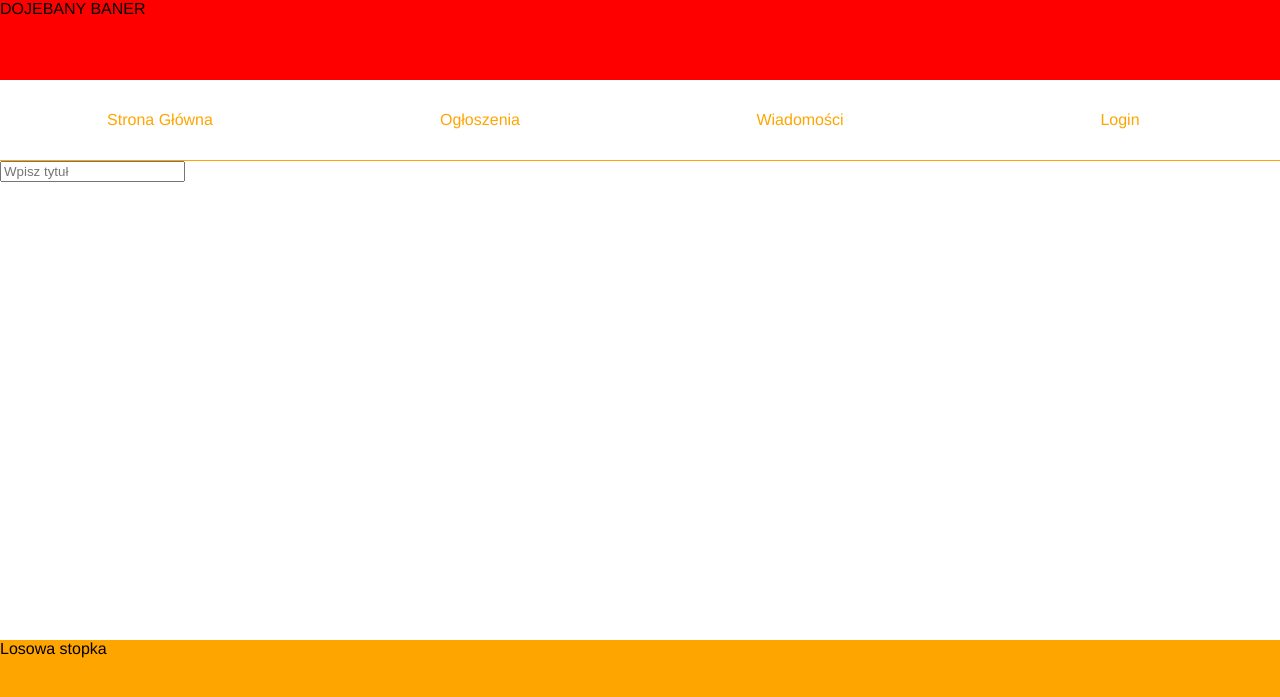
Repository: PatrykStawik/projectppz
Page: /ogloszenia/dodaj-ogloszenie
These files come from the project's save history. The page is drawn as it stood at one moment and after a run of saves; the edit follows.
The browser window is 1280 px wide. The pictures show the whole page.
The project was rebuilt for these pictures with package versions that can differ from the ones it lists, and the page was loaded fresh each time. The framework's server and built-in components were replaced by stand-ins that run in the browser.

Above is the page before, as saved 2021-05-26 12:20:45.

### pages/_app.tsx
import React from 'react';
import type { AppProps } from 'next/app';
import { GlobalStyle } from '../styles/globalStyles';
import { Header } from '../components/Header';
import { Footer } from '../components/Footer'

function MyApp({ Component, pageProps }: AppProps) {
  return (
    <>
      <GlobalStyle />
      <Header/>
        <Component {...pageProps} />
      <Footer/>
    </>
  );
}

// eslint-disable-next-line import/no-default-export
export default MyApp;

### pages/_document.tsx
import React from 'react';
import Document, { DocumentContext, DocumentInitialProps } from 'next/document';
import { ServerStyleSheet } from 'styled-components';

class MyDocument extends Document {
  static async getInitialProps(ctx: DocumentContext): Promise<DocumentInitialProps> {
    const sheet = new ServerStyleSheet();
    const originalRenderPage = ctx.renderPage;

    try {
      ctx.renderPage = () =>
        originalRenderPage({
          enhanceApp: App => props => sheet.collectStyles(<App {...props} />),
        });

      const initialProps = await Document.getInitialProps(ctx);
      return {
        ...initialProps,
        styles: (
          <>
            {initialProps.styles}
            {sheet.getStyleElement()}
          </>
        ),
      };
    } finally {
      sheet.seal();
    }
  }
}

// eslint-disable-next-line import/no-default-export
export default MyDocument;

### pages/ogloszenia/dodaj-ogloszenie/index.tsx
import React from 'react';
import { AddAdvertisementPage } from '../../../components/AddAdvertisementPage';

const AddAdvertisementIndex = () => <AddAdvertisementPage />;

// eslint-disable-next-line import/no-default-export
export default AddAdvertisementIndex;

### styles/globalStyles.ts
import { createGlobalStyle } from 'styled-components';

export const GlobalStyle = createGlobalStyle`
  body {
    margin: 0;
    padding: 0;
    font-family: Open-Sans, Helvetica, Sans-Serif;
  }
`;

### components/AddAdvertisementPage/index.tsx
export { AddAdvertisementPage } from './AddAdvertisementPage';

### components/Header/Header.tsx
import React from 'react';
import styled from 'styled-components';
import { colors } from '../../styles/colors';
import { centerText, setFlex } from '../../styles/functions';
import { NextLink } from '../common/NextLink';

const Wrapper = styled.header`
  .baner {
    height: 80px;
    background-color: ${colors.red};
  }
  .menu {
    ${setFlex('column')}
    height: 80px;
    border-bottom: 1px solid ${colors.orange};
    .menuItem {
      flex: 1;
      height: 100%;
      ${centerText(80)};
      background-color: ${colors.white};
      color: ${colors.orange};
      cursor: pointer;
      transition: .5s all;
      &:hover{
        font-weight: bold;
      }
    }
  }
`;

const data = [
  { title: 'Strona Główna', href: '/' },
  { title: 'Ogłoszenia', href: '/ogloszenia' },
  { title: 'Wiadomości', href: '/wiadomosci' },
  { title: 'Login', href: '/login' },
];

export const Header = () => {
  return (
    <Wrapper>
      <div className="baner">DOJEBANY BANER</div>
      <div className="menu">
        {data.map(({ title, href }) => (
          <NextLink href={href} key={title}>
            <div className="menuItem">{title}</div>
          </NextLink>
        ))}
      </div>
    </Wrapper>
  );
};

### components/Footer/Footer.tsx
import React from 'react';
import styled from 'styled-components';
import { colors } from '../../styles/colors';

const Wrapper = styled.footer`
    height: 80px;
    background-color: ${colors.orange};
    position: fixed;
    width: 100%;
    bottom: 0;
`;

export const Footer = () => {
  return (
    <Wrapper>
      Losowa stopka
    </Wrapper>
  );
};

### components/AddAdvertisementPage/AddAdvertisementPage.tsx
import React from 'react';
import styled from 'styled-components';
import { Input } from '../common/Input';

const Wrapper = styled.div``;

export const AddAdvertisementPage = () => {
  return <Wrapper>
    <Input placeholder="Wpisz tytuł"/>
  </Wrapper>;
};

### styles/colors.ts
export const colors = {
  white: "white",
  black: "black",
  red: "red",
  orange: "orange",
  gray: "#b8b7b7",
  pink: "rgba(166,2,2,.05)"
}

### styles/functions.ts
export const centerText = (height: number) => {
  return `text-align: center;
  line-height: ${height}px`
}

export const setFlex = (type: "row" | "column" = "row") => {
  return `display: flex; flex-direction: ${type}`
}

### components/common/NextLink/index.tsx
export { NextLink } from './NextLink';

### components/common/NextLink/NextLink.tsx
import React from 'react';
import Link from 'next/link';
import styled from 'styled-components';
import { colors } from '../../../styles/colors';

const StyledLink = styled.a`
  color: ${colors.black};
  text-decoration: none;
  width: 100%;
`;

interface Props {
  href: string;
}

export const NextLink: React.FC<Props> = ({ children, href }) => {
  return (
    <Link href={href}>
      <StyledLink>{children}</StyledLink>
    </Link>
  );
};

### components/common/Input/Input.tsx
import React from 'react';
import styled from 'styled-components';
import { colors } from '../../../styles/colors';

interface Props {
  variant?: 'big' | 'small';
  lenght?: number;
}

const StyledInput = styled.input<Props>`
  // width: ${({ lenght }) => (lenght !== 'short' ? '400px' : '200px')};
  height: ${({ variant }) => (variant === 'big' ? '30px' : '50px')};
  width: ${props => props.lenght}'px';
  border-radius: 10px;
  outline: none;
  border: none;
  background-color: ${colors.pink};
`;

const Input2 = React.forwardRef<HTMLInputElement, Props & JSX.IntrinsicElements['input']>(
  (
    {
      children,
      variant = 'small',
      lenght = 280,
      className,
      defaultValue,
      disabled,
      name,
      onChange,
      placeholder,
      required = false,
      value,
      ...rest
    },
    forwardRef,
  ) => (
    <input
      aria-label={name}
      aria-required={required}
      disabled={disabled}
      placeholder={placeholder}
      ref={forwardRef}
      value={value || defaultValue}
      name={name}
      onChange={onChange}
      {...rest}
    />
  ),
);


export const Input = styled(Input2)`

// width: ${({ lenght }) => (lenght !== 'short' ? '400px' : '200px')};
height: ${({ variant }) => (variant === 'big' ? '30px' : '50px')};
  width: ${props => props.lenght}'px';
  border-radius: 10px;
  outline: none;
  border: none;
  background-color: ${colors.pink};

`

Loaded but not shown: components/Header/index.tsx (common file); components/Footer/index.tsx (common file); components/common/Input/index.tsx (common file)

After the next 2 saves:
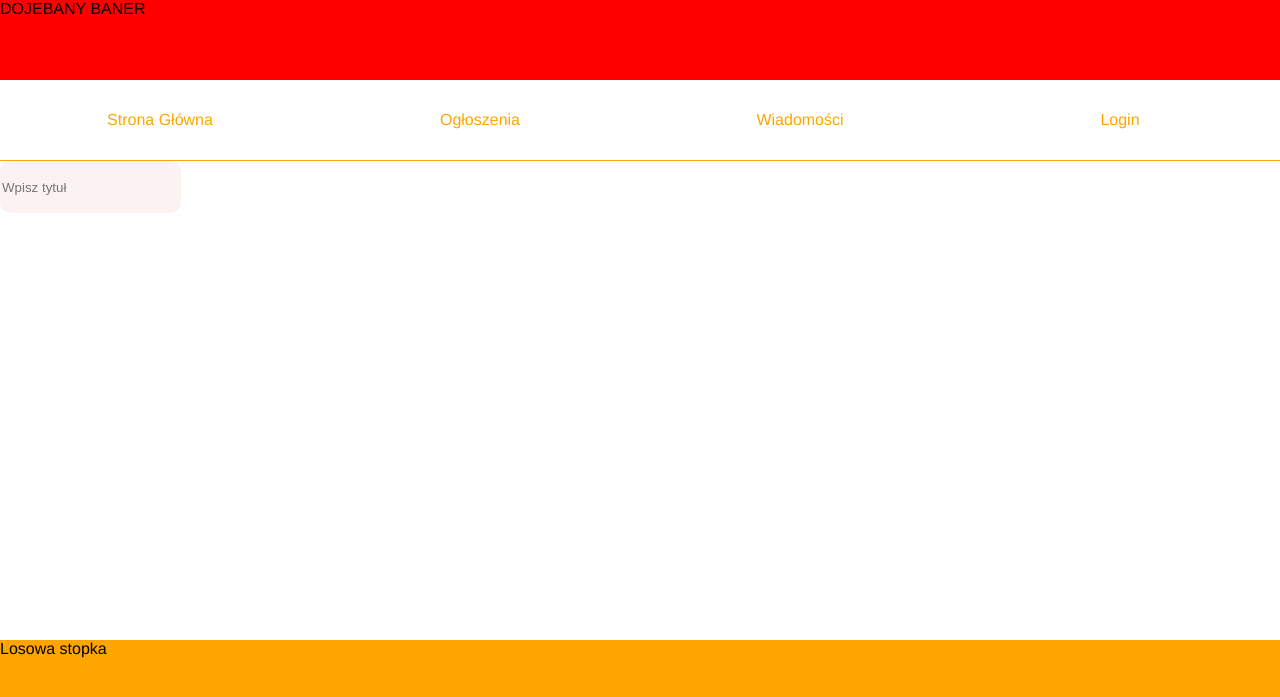
The 2 saves are shown as one change because 1 did not build or start.
The last was saved 18 s later.
--- a/components/common/Input/Input.tsx
+++ b/components/common/Input/Input.tsx
@@ -17,7 +17,7 @@ const StyledInput = styled.input<Props>`
   background-color: ${colors.pink};
 `;
 
-const Input2 = React.forwardRef<HTMLInputElement, Props & JSX.IntrinsicElements['input']>(
+export const Input = React.forwardRef<HTMLInputElement, Props & JSX.IntrinsicElements['input']>(
   (
     {
       children,
@@ -35,7 +35,7 @@ const Input2 = React.forwardRef<HTMLInputElement, Props & JSX.IntrinsicElements[
     },
     forwardRef,
   ) => (
-    <input
+    <StyledInput
       aria-label={name}
       aria-required={required}
       disabled={disabled}
@@ -48,16 +48,3 @@ const Input2 = React.forwardRef<HTMLInputElement, Props & JSX.IntrinsicElements[
     />
   ),
 );
-
-
-export const Input = styled(Input2)`
-
-// width: ${({ lenght }) => (lenght !== 'short' ? '400px' : '200px')};
-height: ${({ variant }) => (variant === 'big' ? '30px' : '50px')};
-  width: ${props => props.lenght}'px';
-  border-radius: 10px;
-  outline: none;
-  border: none;
-  background-color: ${colors.pink};
-
-`
